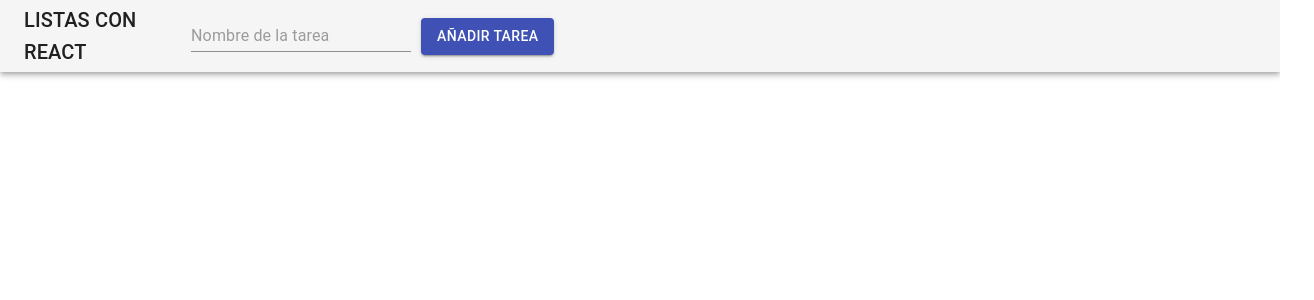
Repository: Salvaaragon/ItemListReact
Page: /
An editor plug-in stored every save of this project. The page is shown before and after the next save, followed by the edit.
The browser window is 1280 px wide. The page is 1280 px wide, then 1314 px, so the pictures cover 1314 px, including what lies to the right of the window. The pictures show the whole page.
The project was rebuilt for these pictures with package versions that can differ from the ones it lists, and the page was loaded fresh each time. Also part of the build but not shown: src/components/TasksListItem.tsx.

Above is the page before, as saved 2019-08-04 11:40:12.

### src/App.tsx
import React, { Component } from 'react';
import { Task } from './models/task';
import { NewTaskForm } from './components/NewTaskForm';
import { TasksList } from './components/TaskList';
import AppBar from '@material-ui/core/AppBar';
import Toolbar from '@material-ui/core/Toolbar';
import Typography from '@material-ui/core/Typography';

interface State {
	newTask: Task;
	tasks: Task[];
}

class App extends Component<{}, State> {

	private addTask = (event: React.FormEvent<HTMLFormElement>) => {
		event.preventDefault();

		this.setState(previousState => ({
			newTask: {
				id: previousState.newTask.id + 1,
				name: ""
			},
			tasks: [...previousState.tasks, previousState.newTask]
		}));
	};

	private handleTaskChange = (event: React.ChangeEvent<HTMLInputElement>) => {
		this.setState({
			newTask: {
				...this.state.newTask,
				name: event.target.value
			}
		});
	};

	private deleteTask = (taskToDelete: Task) => {
		this.setState(previousState => ({
			tasks: [
				...previousState.tasks.filter(task => task.id !== taskToDelete.id)
			]
		}));
	};


	state = {
		newTask: {
			id: 1,
			name: ""
		},
		tasks: []
	}

	render() {
		return(
			<div>
				<AppBar position="static" color="default">
					<Toolbar>
						<Typography variant="h6" color="inherit">
							LISTAS CON REACT
						</Typography>
						<NewTaskForm
							task={this.state.newTask}
							onAdd={this.addTask}
							onChange={this.handleTaskChange}
						/>
						<TasksList tasks={this.state.tasks} onDelete={this.deleteTask}/>
					</Toolbar>
				</AppBar>
			</div>
		)
	}
}

export default App;

### src/components/NewTaskForm.tsx
import React, { FunctionComponent } from "react";
import { Task } from "../models/task";
import ReactDOM from 'react-dom';
import Button from '@material-ui/core/Button';
import Input from '@material-ui/core/Input';
import Grid from '@material-ui/core/Grid';

var myStyle = {
    margin: "10px",
};

interface Props {
    onChange: (event: React.ChangeEvent<HTMLInputElement>) => void;
    onAdd: (event: React.FormEvent<HTMLFormElement>) => void;
    task: Task;
}

export const NewTaskForm: FunctionComponent<Props> = ({
    onChange,
    onAdd,
    task,
}) => (
    <Grid container spacing={3} style={myStyle}>
        <form onSubmit={onAdd}>
            <Input onChange={onChange} value={task.name} style={myStyle} placeholder="Nombre de la tarea"/>
            <Button variant="contained" color="primary" type="submit">Añadir tarea</Button>
        </form>
    </Grid>
);

### src/components/TaskList.tsx
import React, { FunctionComponent } from "react";

import { Task } from "../models/task";
import { TaskListItem } from "./TasksListItem";

interface Props {
  tasks: Task[];
  onDelete: (task: Task) => void;
}

export const TasksList: FunctionComponent<Props> = ({ tasks, onDelete }) => (
  <ul>
    {tasks.map(task => (
      <TaskListItem task={task} onDelete={onDelete} />
    ))}
  </ul>
);

Loaded but not shown: public/index.html (common file); src/index.tsx (common file); src/index.css (common file); src/serviceWorker.ts (common file)

After the next save:
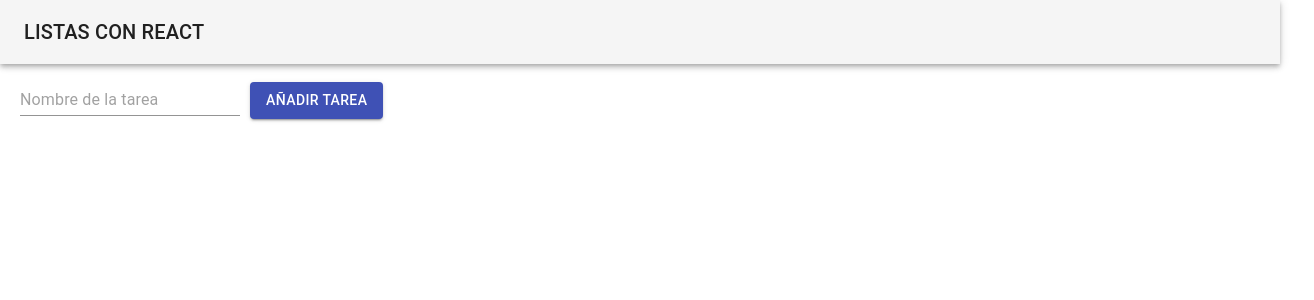
Saved 16 s later.
--- a/src/App.tsx
+++ b/src/App.tsx
@@ -59,14 +59,14 @@ class App extends Component<{}, State> {
 						<Typography variant="h6" color="inherit">
 							LISTAS CON REACT
 						</Typography>
-						<NewTaskForm
-							task={this.state.newTask}
-							onAdd={this.addTask}
-							onChange={this.handleTaskChange}
-						/>
-						<TasksList tasks={this.state.tasks} onDelete={this.deleteTask}/>
 					</Toolbar>
 				</AppBar>
+				<NewTaskForm
+					task={this.state.newTask}
+					onAdd={this.addTask}
+					onChange={this.handleTaskChange}
+				/>
+				<TasksList tasks={this.state.tasks} onDelete={this.deleteTask}/>
 			</div>
 		)
 	}
